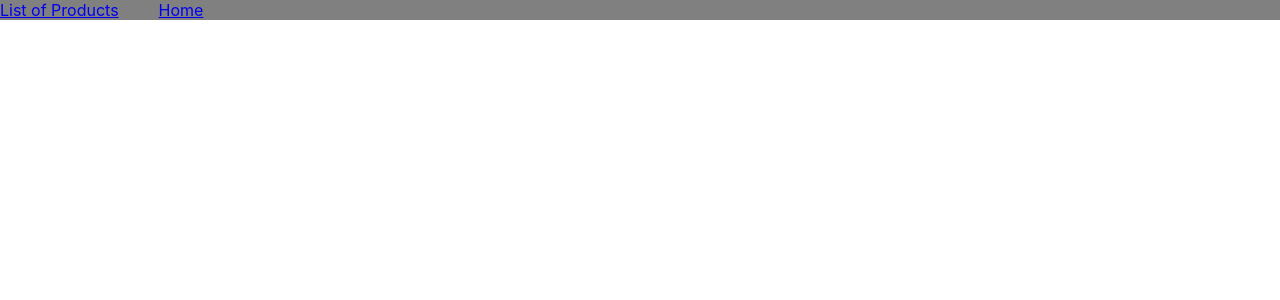
Repository: HibaMateur/atelier1-React
Page: /home
An editor plug-in stored every save of this project. The page is shown before and after a run of saves, followed by the edit.
The browser window is 1280 px wide. The pictures show the whole page.
The project was rebuilt for these pictures with package versions that can differ from the ones it lists, and the page was loaded fresh each time. Also part of the build but not shown: src/App.css, src/component/product.component.jsx, src/component/product.list.component.jsx.

Above is the page before, as saved 2022-02-10 20:46:01.

After the next 2 saves:
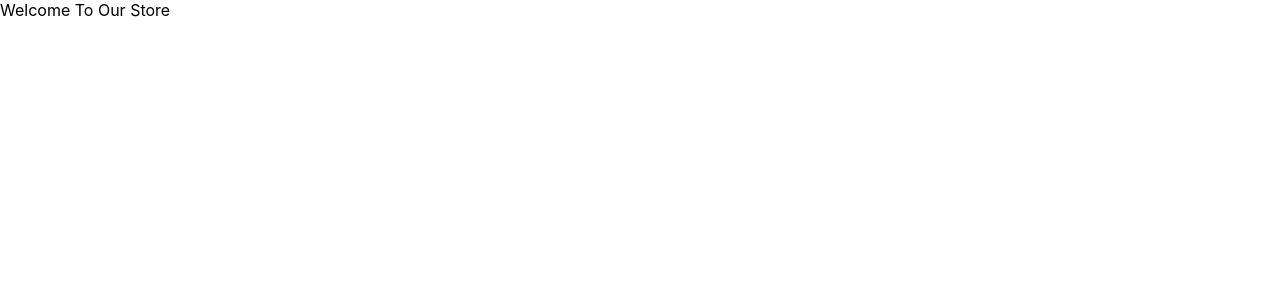
The 2 saves are shown as one change because 1 did not build or start.
The last was saved 3 min 40 s later.
--- a/src/App.js
+++ b/src/App.js
@@ -7,17 +7,7 @@
 import NavBar from "./navBar/navBar";
 
 function App() {
-  return (
-    <BrowserRouter>
-      <NavBar />
-
-      <Routes>
-        <Route path="/products/list" exact></Route>
-
-        <Route path="/home" exact></Route>
-      </Routes>
-    </BrowserRouter>
-  );
+  return <Home />;
 }
 
 export default App;

After the 2 saves that followed:
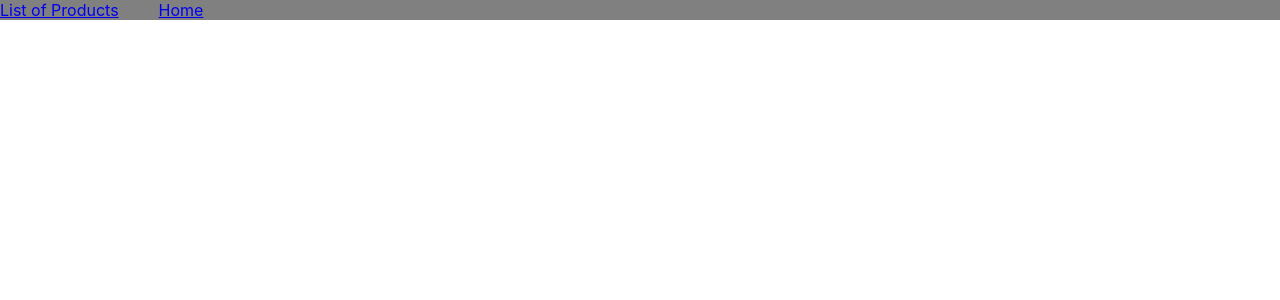
The 2 saves are shown as one change because 1 did not build or start.
The last was saved 22 s later.
--- a/src/App.js
+++ b/src/App.js
@@ -7,7 +7,17 @@
 import NavBar from "./navBar/navBar";
 
 function App() {
-  return <Home />;
+  return (
+    <BrowserRouter>
+      <NavBar />
+
+      <Routes>
+        <Route path="/products/list" exact></Route>
+
+        <Route path="/home" exact></Route>
+      </Routes>
+    </BrowserRouter>
+  );
 }
 
 export default App;
